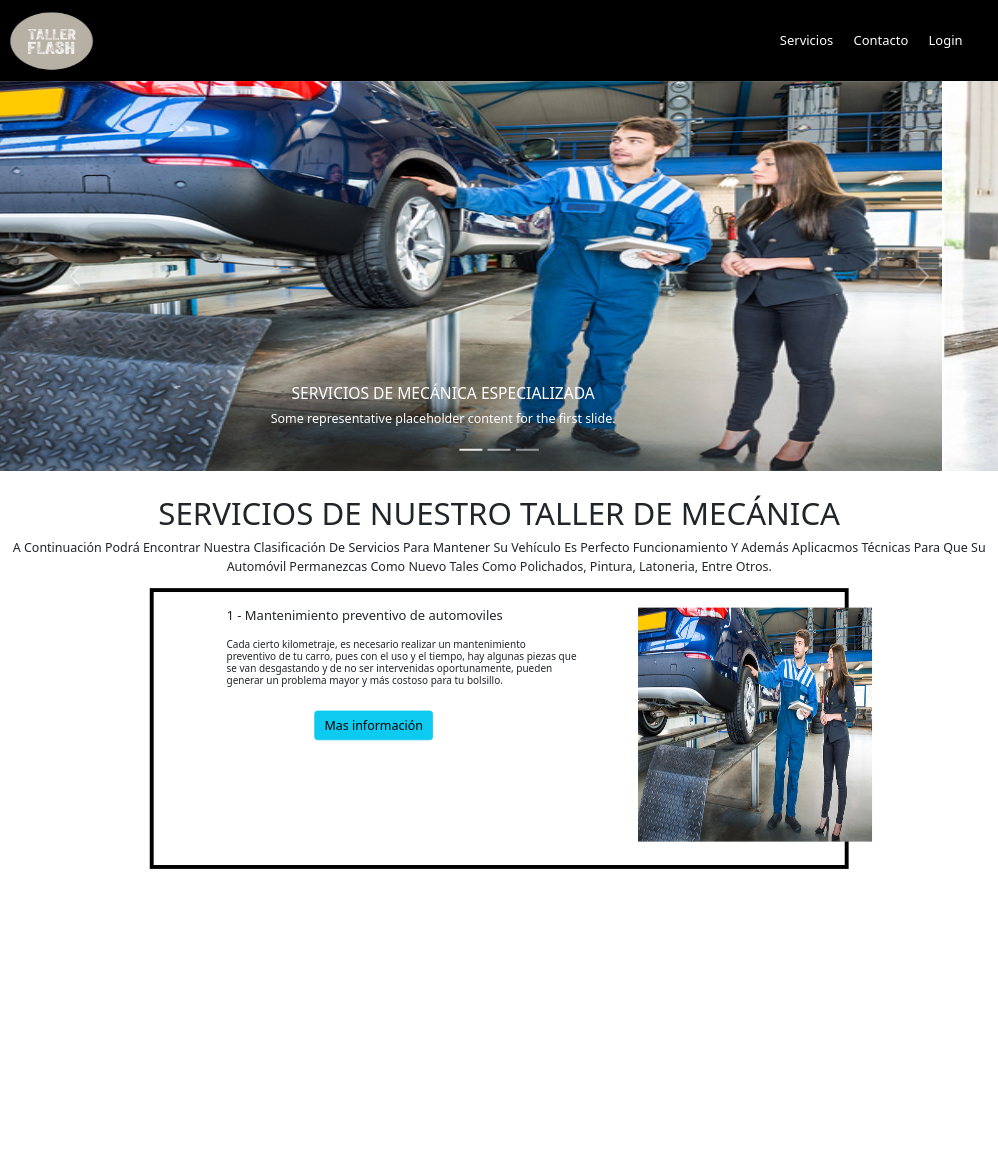
Repository: nder1996/Boostrap.Taller.Arquitectura
Page: Index.html
These files come from the project's save history. The page is drawn as it stood at one moment and after the next save; the edit follows.
The browser window is 1280 px wide. The pictures show the whole page, at 78% of full size.

Above is the page before, as saved 2021-07-23 07:00:22.

### Index.html
<!DOCTYPE html>
<html lang="en">

<head>
	<meta charset="UTF-8">
	<meta name="viewport" content="width=device-width, initial-scale=1.0">
	<link rel="shortcut icon" href="img/Logo.png">
	<link href="https://cdn.jsdelivr.net/npm/bootstrap@5.0.2/dist/css/bootstrap.min.css" rel="stylesheet"
		integrity="sha384-EVSTQN3/azprG1Anm3QDgpJLIm9Nao0Yz1ztcQTwFspd3yD65VohhpuuCOmLASjC" crossorigin="anonymous">
	<link rel="stylesheet" href="https://cdnjs.cloudflare.com/ajax/libs/font-awesome/5.15.3/css/all.min.css"
		integrity="sha512-iBBXm8fW90+nuLcSKlbmrPcLa0OT92xO1BIsZ+ywDWZCvqsWgccV3gFoRBv0z+8dLJgyAHIhR35VZc2oM/gI1w=="
		crossorigin="anonymous" referrerpolicy="no-referrer" />
	<link rel="stylesheet" href="css/style.css">
	<title>Taller Automotriz</title>
</head>

<body>
	<div class="Pagina_Principal">
		<nav class="navbar navbar-expand-lg navbar-light">
			<div class="container-fluid">
				<a class="navbar-brand" href="#"><img src="img/Logo.png" alt="" style='width: 110px; height: 78px;'></a>
				<button class="navbar-toggler" type="button" data-bs-toggle="collapse" data-bs-target="#navbarNav"
					aria-controls="navbarNav" aria-expanded="false" aria-label="Toggle navigation">
					<span class="navbar-toggler-icon"></span>
				</button>
				<div class="collapse navbar-collapse" id="navbarNav">
					<ul class="navbar-nav ms-auto">
						<li class="nav-item">
							<a class="nav-link active" aria-current="page" href="#">Servicios</a>
						</li>
						<li class="nav-item">
							<a class="nav-link" href="#">Contacto</a>
						</li>
						<li class="nav-item">
							<a class="nav-link" href="#">Login</a>
						</li>
					</ul>
				</div>
			</div>
		</nav>
		<div id="carouselExampleCaptions" class="carousel slide" data-bs-ride="carousel">
			<div class="carousel-indicators">
				<button type="button" data-bs-target="#carouselExampleCaptions" data-bs-slide-to="0" class="active"
					aria-current="true" aria-label="Slide 1"></button>
				<button type="button" data-bs-target="#carouselExampleCaptions" data-bs-slide-to="1"
					aria-label="Slide 2"></button>
				<button type="button" data-bs-target="#carouselExampleCaptions" data-bs-slide-to="2"
					aria-label="Slide 3"></button>
			</div>
			<div class="carousel-inner">
				<div class="carousel-item active">
					<img src="img/Mantenimiento_1.jpg" class="d-block w-100" alt="...">
					<div class="carousel-caption d-none d-md-block">
						<h5>SERVICIOS DE MECÁNICA
							ESPECIALIZADA</h5>
						<p>Some representative placeholder content for the first slide.</p>
					</div>
				</div>
				<div class="carousel-item">
					<img src="img/Mantenimiento_3.png" class="d-block w-100" alt="...">
					<div class="carousel-caption d-none d-md-block">
						<h5>SERVICIOS DE MECÁNICA
							ESPECIALIZADA</h5>
						<p>Some representative placeholder content for the second slide.</p>
					</div>
				</div>
				<div class="carousel-item">
					<img src="img/Mantenimiento_2.png" class="d-block w-100" alt="...">
					<div class="carousel-caption d-none d-md-block">
						<h5>Third slide label</h5>
						<p>Some representative placeholder content for the third slide.</p>
					</div>
				</div>
			</div>
			<button class="carousel-control-prev" type="button" data-bs-target="#carouselExampleCaptions"
				data-bs-slide="prev">
				<span class="carousel-control-prev-icon" aria-hidden="true"></span>
				<span class="visually-hidden">Previous</span>
			</button>
			<button class="carousel-control-next" type="button" data-bs-target="#carouselExampleCaptions"
				data-bs-slide="next">
				<span class="carousel-control-next-icon" aria-hidden="true"></span>
				<span class="visually-hidden">Next</span>
			</button>
		</div>
		<div class="Letra_Servicios container-xxl">
			<h1>SERVICIOS DE NUESTRO TALLER DE MECÁNICA</h1>
			<p>
				A Continuación Podrá Encontrar Nuestra Clasificación De Servicios Para Mantener Su Vehículo Es Perfecto
				Funcionamiento Y Además Aplicacmos Técnicas Para Que Su Automóvil Permanezcas Como Nuevo Tales Como
				Polichados, Pintura, Latoneria, Entre Otros.

			</p>
		</div>

		<div class="Servicios container-fluid">

			<div class="Servicio" id="Servicio_1">
				<br> <br>
				<h1>1 - Mantenimiento preventivo de automoviles <br> <br>
					<p>
						Cada cierto kilometraje, es necesario realizar un mantenimiento preventivo de tu carro, pues con
						el uso
						y el tiempo, hay algunas piezas que se van desgastando y de no ser intervenidas oportunamente,
						pueden
						generar un problema mayor y más costoso para tu bolsillo.
						<br> <br> <br>
						<button type="button" class="btn btn-info">Mas información</button>
					</p>
				</h1>
				<br>
				<img src="img/Mantenimiento_1.jpg" alt="" width="300px" height="300px">
			</div>





		</div>


	</div>

	<!--
		<div><img src="img/Mantenimiento_2.png" alt="" width="300px" height="300px"></div>
		<div><img src="img/Mantenimiento_3.png" alt="" width="300px" height="300px"></div>
		<div><img src="img/Mantenimiento_4.png" alt="" width="300px" height="300px"></div>
		-->











	<script src="https://cdn.jsdelivr.net/npm/bootstrap@5.0.2/dist/js/bootstrap.bundle.min.js"
		integrity="sha384-MrcW6ZMFYlzcLA8Nl+NtUVF0sA7MsXsP1UyJoMp4YLEuNSfAP+JcXn/tWtIaxVXM" crossorigin="anonymous">
	</script>
	<script src="https://cdnjs.cloudflare.com/ajax/libs/jquery/3.6.0/jquery.min.js"
		integrity="sha512-894YE6QWD5I59HgZOGReFYm4dnWc1Qt5NtvYSaNcOP+u1T9qYdvdihz0PPSiiqn/+/3e7Jo4EaG7TubfWGUrMQ=="
		crossorigin="anonymous" referrerpolicy="no-referrer"></script>
</body>

</html>

### css/style.css

.Pagina_Principal{
    position: relative;
    overflow: hidden;
    height: 1500px;
}


nav{
    background-color: black !important;
}

nav li{
    position:relative;
    margin-left: 10px;
    left:-10%;
}

nav li a{
    color:white !important;
    font-size: 1.3vw;
}

.carousel-inner{
    position:relative;
    width: 100%;
    height: 500px;
}

.carousel-item img{
    position:relative;
    width: 100%;
    height: 500px;
}

.Letra_Servicios{
    position: relative;
    text-align: center;
    margin-top: 30px;
}

.Servicios{
    border:5px solid black;
    width: 70%;
    display: flex;
    flex-wrap: wrap;
    flex-direction: column;
}

.Servicios .Servicio{
    position:relative;
    display: flex;
    width: 100%;
    height: 350px;
    top:20px;
    margin-left: 90px;
    left:-1%;

}

.Servicios .Servicio button{
    position: relative;
    left:25%
}

.Servicios .Servicio img{
    position:relative;
    margin-left:10px;
}

.Servicios div h1{
    position:relative;
    text-align: left;
    font-size: 1.3vw;
    width: 60%;

}

.Servicios div p{
    position:relative;
    text-align: left;
    font-size: 1vw;
    width: 87%;
}

After the next save:
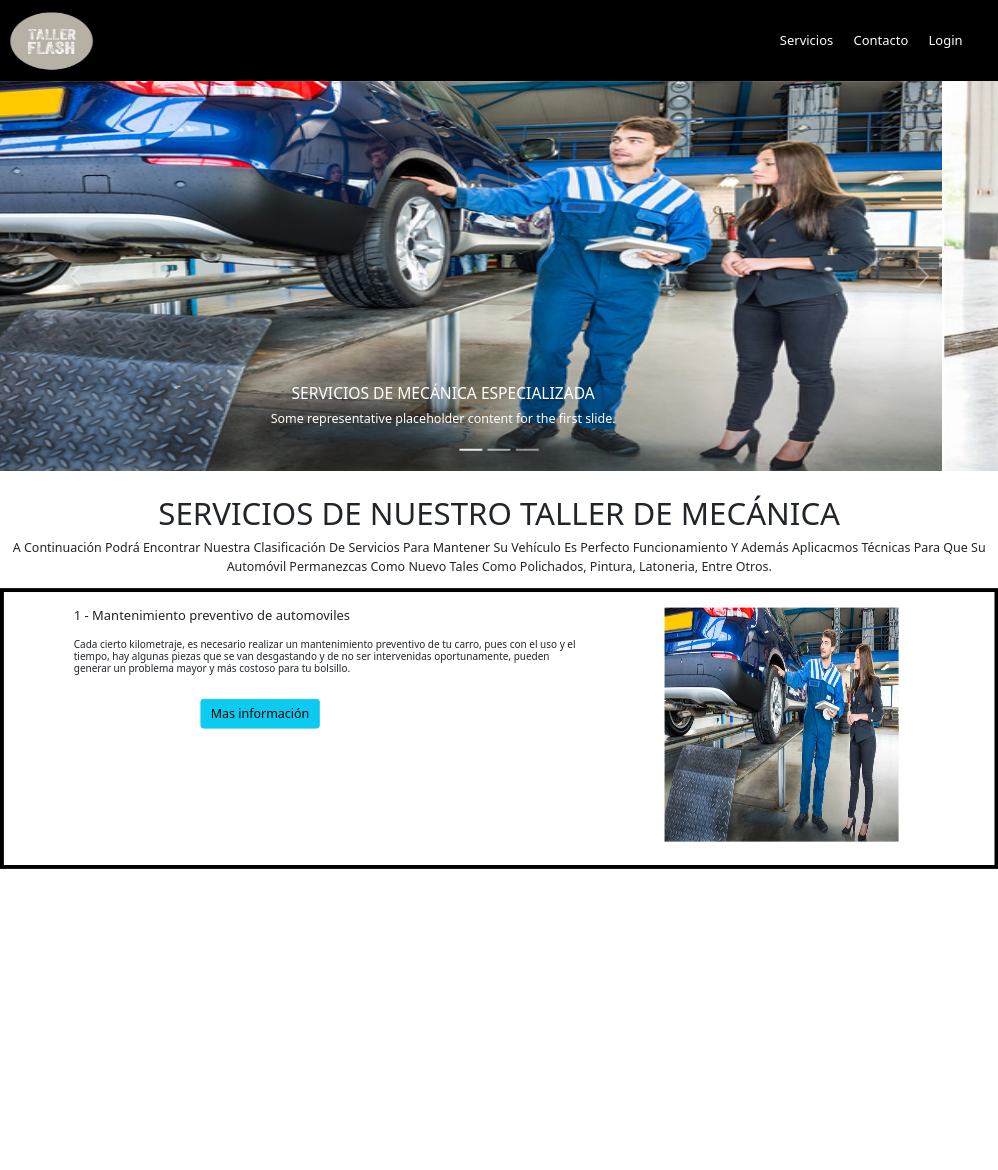
Saved 4 s later.
--- a/css/style.css
+++ b/css/style.css
@@ -41,7 +41,7 @@ nav li a{
 
 .Servicios{
     border:5px solid black;
-    width: 70%;
+    width: 100%;
     display: flex;
     flex-wrap: wrap;
     flex-direction: column;
